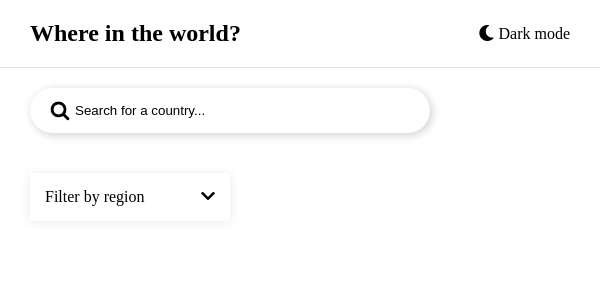
Repository: Eugene44-hub/countryProj
Page: index.html
An editor plug-in stored every save of this project. The page is shown before and after the next save, followed by the edit.
The browser window is 600 px wide. The pictures show the whole page.
The page's requests for data from a server got no answer.

Above is the page before, as saved 2021-10-10 21:14:03.

### index.html
<!DOCTYPE html>
<html lang="en">

<head>
    <link rel="stylesheet" href="css/all.css">
    <link rel="stylesheet" href="style.css">
    <meta charset="UTF-8">
    <meta http-equiv="X-UA-Compatible" content="IE=edge">
    <meta name="viewport" content="width=device-width, initial-scale=1.0">
    <title>Document</title>
</head>
<div class="header-container">
    <header>
        <h2>Where in the world?</h2>
        <div class="mode"><i class="fas fa-moon"></i> Dark mode</div>
    </header>

</div>

<body>
    <div class="container">
        <div class="search-filter">
            <label for="search">
                     <input type="text" placeholder="Search for a country..." id="search">
            </label>



            <div class="select">
                <div class="default-text">Filter by region <i class="fas fa-chevron-down"></i>
                </div>
                <ul>
                    <li id="asia">Asia</li>
                    <li id='europe'>Europe</li>
                    <li id="africa">Africa</li>
                    <li id="oceania">Oceania</li>
                    <li id="america">America</li>
                </ul>
            </div>

        </div>
        <div class="country-container">

            <div class="countries">


            </div>
        </div>
    </div>

</body>

<script src="data.js"></script>
<script src="app.js"></script>
<script src="UI.js"></script>

</html>

### style.css
* {
    padding: 0;
    margin: 0;
    box-sizing: border-box;
}

.container {
    width: 80%;
    margin: auto;
}

.countries {
    display: flex;
    flex-wrap: wrap;
    justify-content: space-between;
    margin: auto;
}

img {
    width: 100%;
    height: 150px;
    border-bottom-left-radius: 0px;
    border-bottom-right-radius: 0px;
    border-top-right-radius: 5px;
    border-top-left-radius: 5px;
}

.country {
    width: 265px;
    margin: 20px 0;
    border-radius: 10px;
}

.about-country {
    padding: 0px 20px;
    line-height: 2;
    margin-bottom: 20px;
}

h3 {
    font-size: small
}

.country {
    box-shadow: 2px 4px 15px rgb(235, 235, 235), -2px 0px 15px rgb(235, 235, 235);
}

#name {
    font-weight: bold;
    line-height: 5;
    font-size: 16px
}

span {
    font-weight: bold;
}

#population,
#region,
#capital {
    font-size: 14px;
}

header {
    display: flex;
    justify-content: space-between;
    width: 80%;
    margin: 20px auto;
    align-items: center;
}

.header-container {
    border-bottom: 1px solid rgb(230, 226, 226);
}

input {
    padding: 15px;
    width: 300px;
    border-radius: 50px;
}

.search-filter {
    display: flex;
    flex-wrap: wrap;
    flex: 100%;
    justify-content: space-between;
    margin: 20px 0;
}

ul {
    list-style: none;
    position: absolute;
    background-color: white;
    box-shadow: 1px 4px 10px rgb(184, 178, 178);
    display: none;
    margin: 0 0;
    border-radius: 0 0px 5px 5px;
}

@keyframes margin {
    from {
        margin: 0;
        opacity: 0;
    }
    to {
        margin: 10px 0;
        opacity: 1;
    }
}

.select:hover ul {
    display: block;
    cursor: pointer;
    animation: margin .2s;
    margin: 1px 0;
}

li:hover {
    background-color: rgb(111, 111, 247);
    color: white;
    transition: all .5s;
}

.select {
    background-color: white;
    box-shadow: 0px 1px 10px rgb(235, 233, 233);
}

li,
.default-text {
    padding: 15px;
    position: relative;
    cursor: pointer;
    width: 200px;
}

.fa-chevron-down {
    float: right;
}

::placeholder {
    color: black;
    padding-left: 30px;
}

#search {
    background-image: url('search\ icon.png');
    background-size: 20px;
    background-repeat: no-repeat;
    background-position-y: center;
    background-position-x: 20px;
    border: none;
    outline: none;
    box-shadow: 2px 2px 10px rgb(209, 207, 207);
    width: 400px;
}

#search:focus {
    background-image: none;
}

@media screen and (max-width:720px) {
    .countries {
        justify-content: center;
    }
    .select {
        margin: 40px 0;
    }
    header {
        width: 90%;
    }
    .container {
        width: 90%;
    }
}


/*

#europe {
    line-height: 6;
}

#africa {
    line-height: 11;
}

#oceania {
    line-height: 16;
}

#america {
    line-height: 21;
} */


/* # Front-end Style Guide

## Layout

The designs were created to the following widths:

- Mobile: 375px
- Desktop: 1440px

## Colors

### Neutral

- Dark Blue (Dark Mode Elements): hsl(209, 23%, 22%)
- Very Dark Blue (Dark Mode Background): hsl(207, 26%, 17%)
- Very Dark Blue (Light Mode Text): hsl(200, 15%, 8%)
- Dark Gray (Light Mode Input): hsl(0, 0%, 52%)
- Very Light Gray (Light Mode Background): hsl(0, 0%, 98%)
- White (Dark Mode Text & Light Mode Elements): hsl(0, 0%, 100%)

## Typography

### Body Copy

- Homepage Items: 14px
- Detail Page: 16px

### Fonts

- Family: [Nunito Sans](https://fonts.google.com/specimen/Nunito+Sans)
- Weights: 300, 600, 800

## Icons

For the icons, you can use a font icon library. Don't worry if the icons that you choose don't look exactly like they do on the design.

Some suggestions can be found below:

- [Font Awesome](https://fontawesome.com)
- [IcoMoon](https://icomoon.io)
- [Ionicons](https://ionicons.com) */


/*
com) - [IcoMoon](https: //icomoon.io)
- [Ionicons](https: //ionicons.com) */

### data.js
const url = 'https://restcountries.com/v3.1/all';

class Country {
    getCountries = async function() {
        const response = await fetch(url);
        const data = await response.json();

        return {
            data
        }
    }
}

### app.js
const country = new Country;
const search = document.querySelector('#search');
country.getCountries()
    .then(data => {
        const ui = new UI(data.data)
        ui.display();
        console.log(data.data[1].name.common)

    })

search.addEventListener('input', e => {
    UI.searchDisplay(search)
    console.log(search)
})

### UI.js
class UI {
    constructor(country) {
        this.country = country;
    }

    display() {
        let countries = document.querySelector('.countries');
        let output = '';
        let zero = 0;
        for (let i = 0; i < this.country.length; i++) {


            if (this.country[i].capital === undefined) {
                output += `
              <div class="country">
              <div class="image">
             <img src=${this.country[i].flags.png}>
              </div>
              <div class="about-country">
              <p id=name>${this.country[i].name.common}</p>
              <p id="population">Population: ${this.country[i].population}</p>
                  <p id="region">Region: ${this.country[i].region}</p>
                  <p id="capital">Capital: No capital</p>
              </div>
          </div>`
            } else {
                output += `
              <div class="country">
              <div class="image">
             <img src=${this.country[i].flags.png}>
              </div>
              <div class="about-country">
              <p id=name>${this.country[i].name.common}</p>
                  <p id="population"><span>Population</span>: ${this.country[i].population}</p>

                  <p id="region"><span>Region</span>: ${this.country[i].region}</p>

                  <p id="capital"><span>Capital</span>: ${this.country[i].capital[0]}</p>
              </div>
          </div>`
            }
        }
        countries.innerHTML = output
    }
    static searchDisplay(input) {
        if (input.value !== '') {
            input.style.backgroundImage = 'none';
        } else {
            input.style.backgroundImage = `url('search\ icon.png')`;
        }
    }
}



/*  */

Loaded but not shown: css/all.css (library)

After the next save:
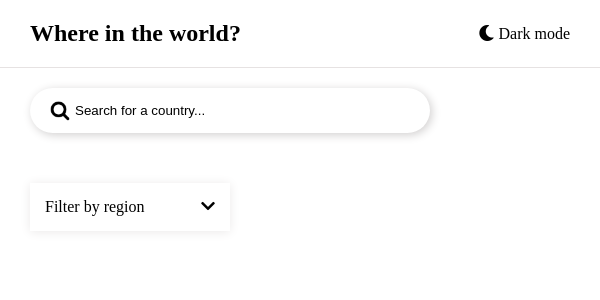
Saved 4 s later.
--- a/style.css
+++ b/style.css
@@ -164,7 +164,7 @@
         justify-content: center;
     }
     .select {
-        margin: 40px 0;
+        margin: 50px 0;
     }
     header {
         width: 90%;

After the save that followed:
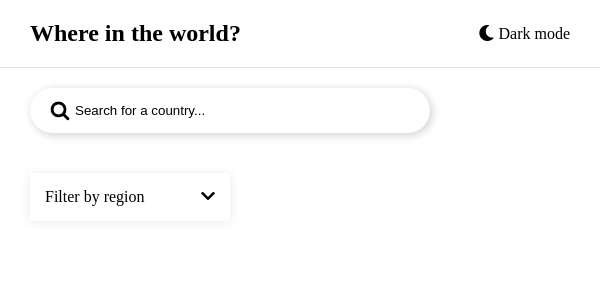
Saved 20 s later.
--- a/style.css
+++ b/style.css
@@ -164,7 +164,7 @@
         justify-content: center;
     }
     .select {
-        margin: 50px 0;
+        margin: 40px 0;
     }
     header {
         width: 90%;
